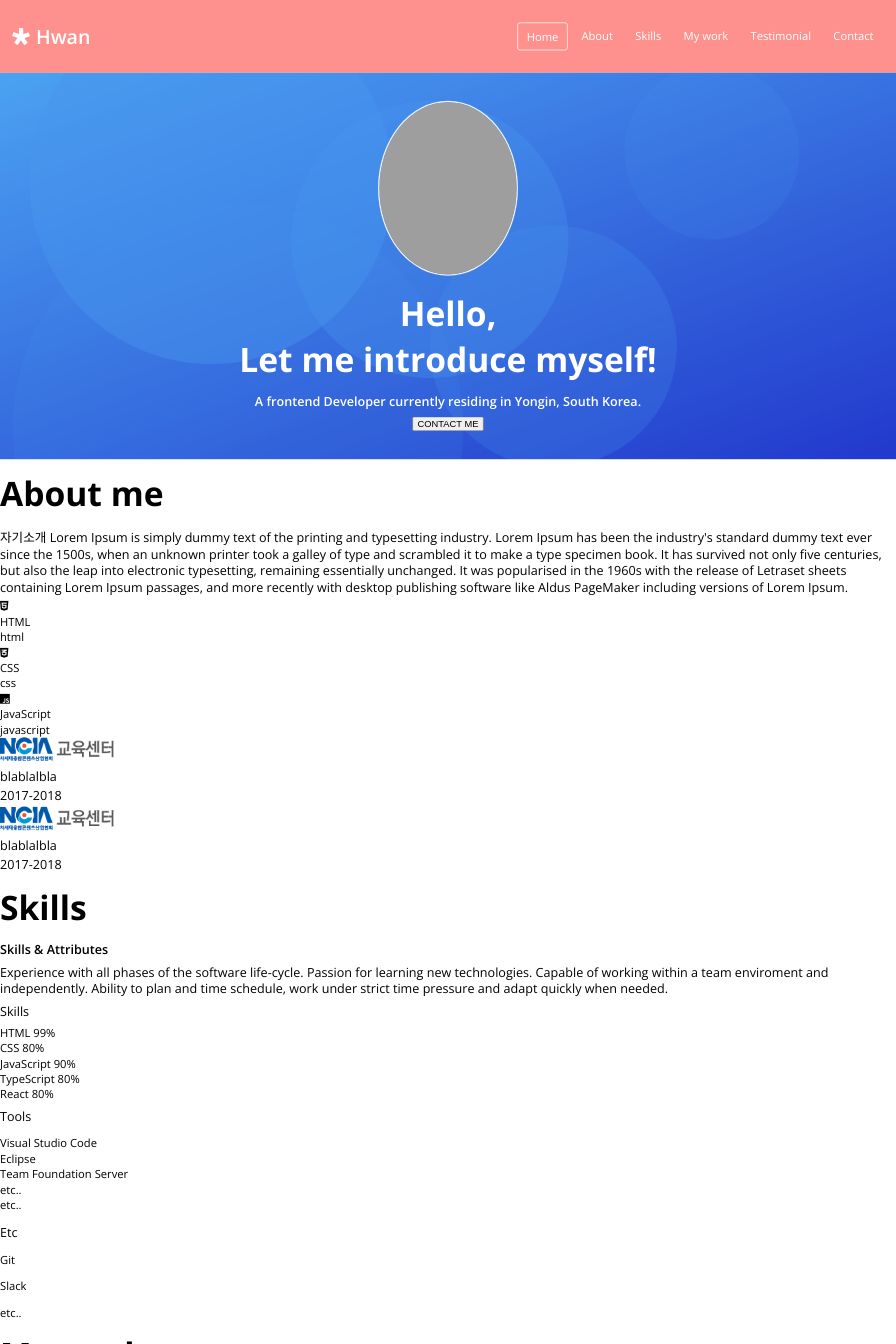
Repository: dhchun1203/Portfolio
Page: index.html
These files come from the project's save history. The page is drawn as it stood at one moment and after the next save; the edit follows.
The browser window is 1280 px wide. The pictures show the part of the page from y = 0 to 1920 px (the page is 5337 px tall before and 5389 px after), at 70% of full size.
Pictures or frames that could not be fetched are drawn as grey boxes. Some web libraries are served in a nearby version.

Above is the page before, as saved 2020-12-07 18:36:58.

After the next save:
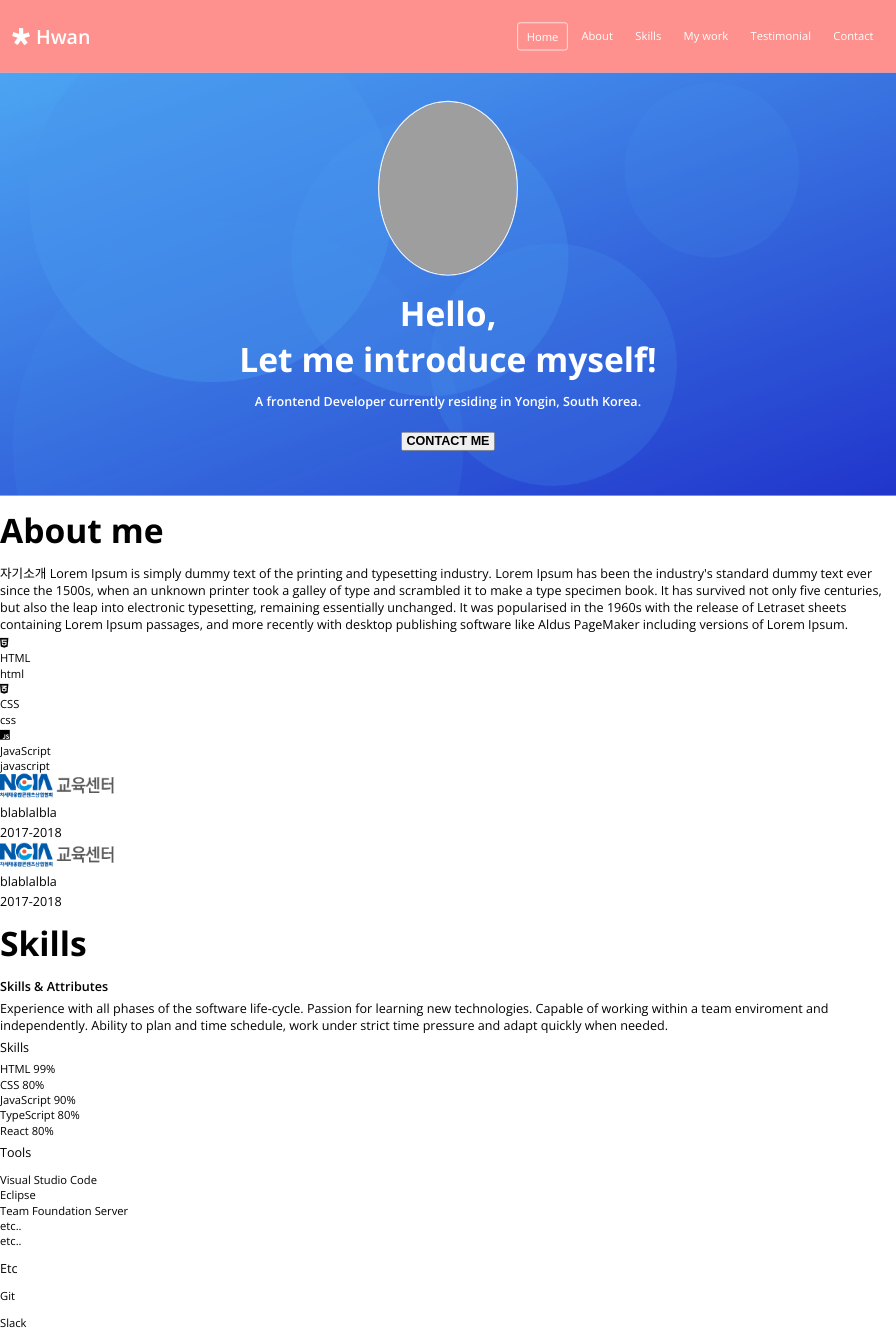
Saved 81 s later.
--- a/style.css
+++ b/style.css
@@ -121,3 +121,8 @@ p {
 .home__description {
 	color: var(--color-white);
 }
+.home__contact {
+	font-size: var(--font-regular);
+	font-weight: var(--weight-bold);
+	margin: 24px;
+}
